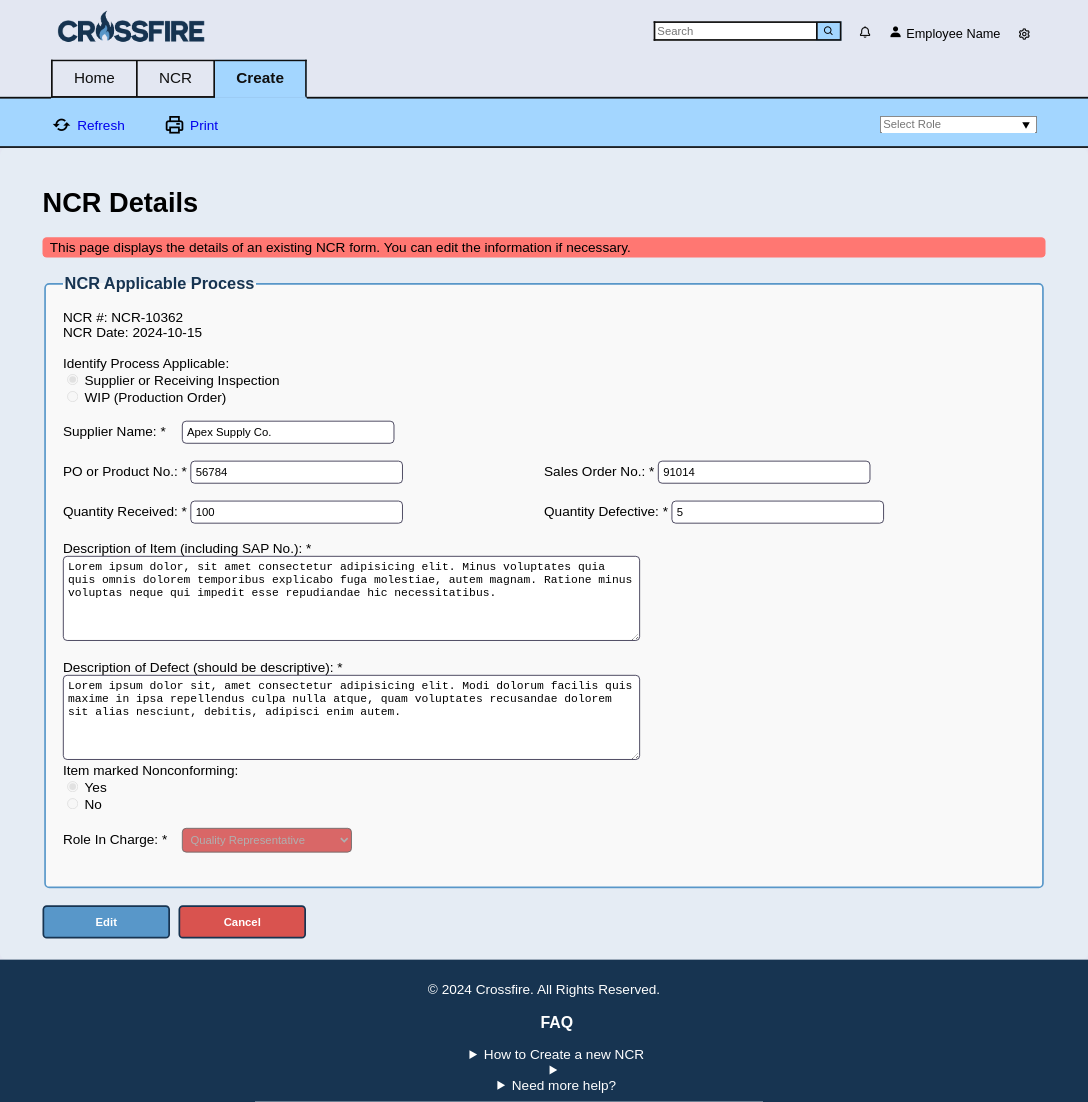
Repository: NyleNC/OSSProg1180
Page: OSS-CrossFire/View-Edit_Page.html
The author's editor kept a copy of each file at every save. The page is drawn from the files as they stood at one save, then again after the next save.
The browser window is 1280 px wide. The pictures show the whole page, at 85% of full size.

Above is the page before, as saved 2024-11-07 19:07:53.

After the next save:
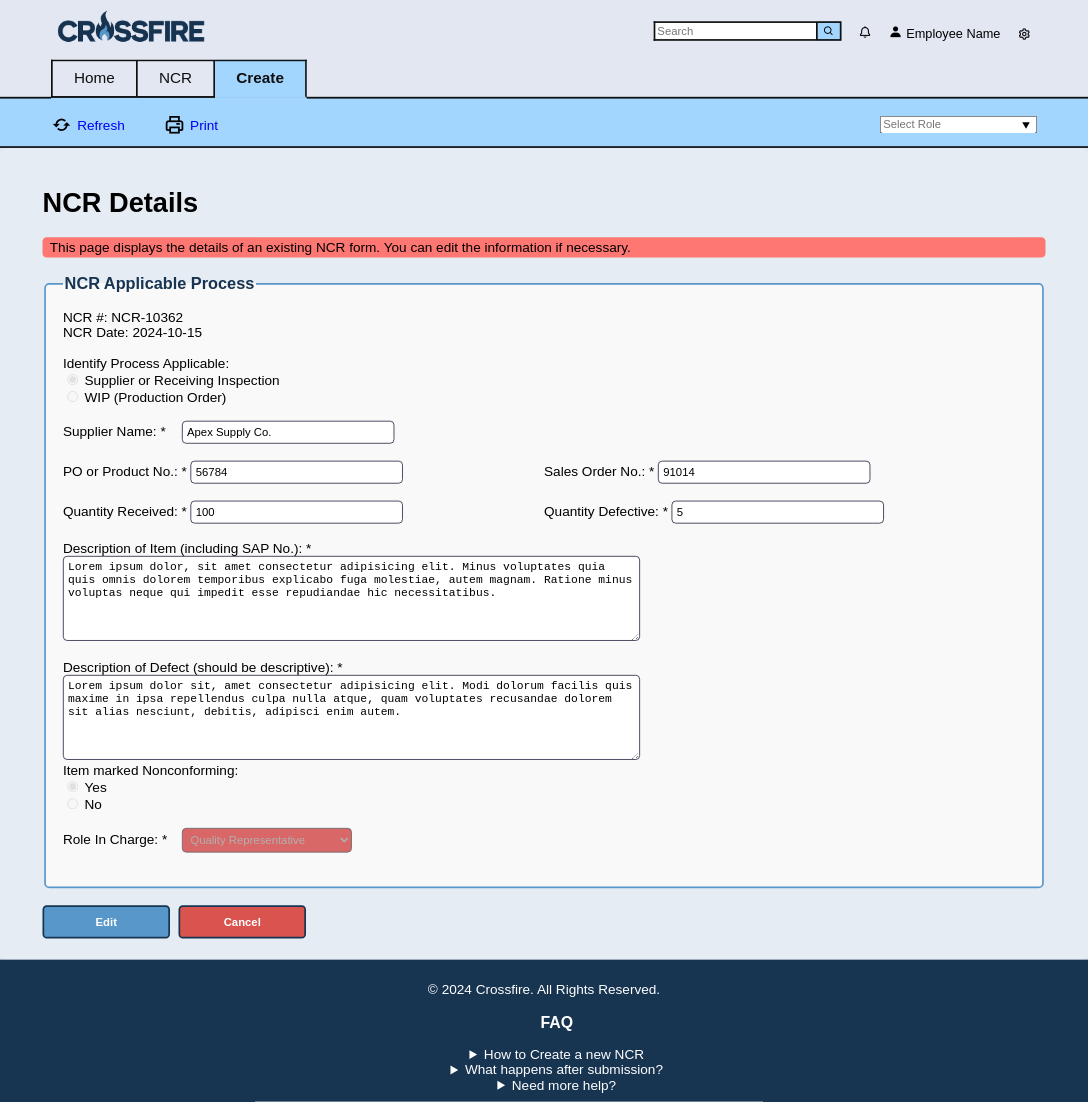
Saved 5 min 49 s later.
--- a/OSS-CrossFire/View-Edit_Page.html
+++ b/OSS-CrossFire/View-Edit_Page.html
@@ -182,12 +182,13 @@
             <h3>FAQ</h3>
             <details>
                 <summary>How to Create a new NCR</summary>
-                <p>You can do so by either clicking on the Create Navigation or by pressing create new ncr when you are viewing a ncr</p>
+                <p>You can do so by either clicking on the Create Navigation or by pressing "Create New Ncr" when you are viewing a ncr</p>
             </details>
             <details>
                 <summary>
-
+                What happens after submission?
                 </summary>
+                <p>The ncr goes to the assigned Management for them to review </p>
             </details>
             <details>
                 <summary>Need more help?</summary>
